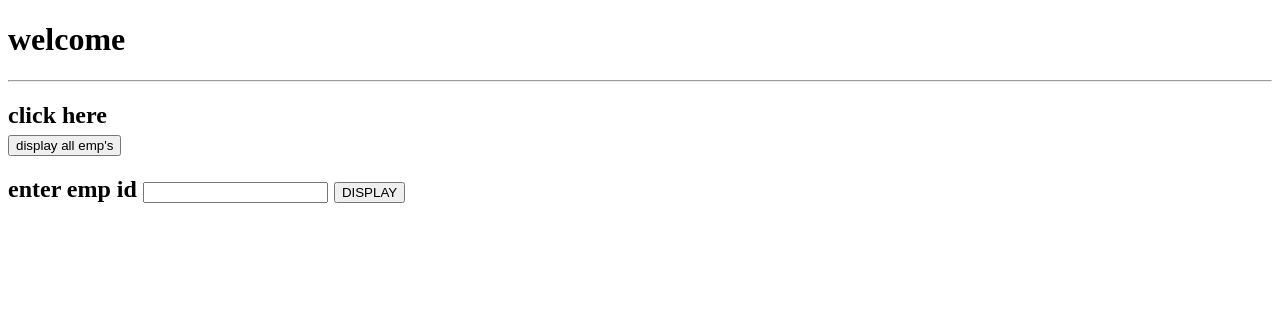
Repository: Saikumar6901/DBSTrainingModules
Page: http://localhost/dbsdemo/Viewall.jsp
An editor plug-in stored every save of this project. The page is shown before and after the next save, followed by the edit.
The browser window is 1280 px wide. The pictures show the whole page.
The page is served by Tomcat 9.

Above is the page before, as saved 2019-08-17 04:56:07.

After the next save:
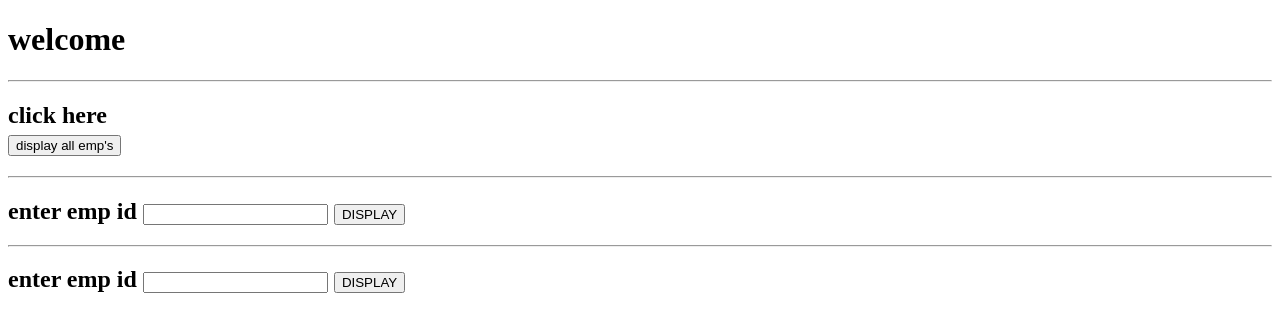
Saved 45 s later.
--- a/workspace-spring-tool-suite-4-4.3.2.RELEASE/dbsdemo/src/main/webapp/Viewall.jsp
+++ b/workspace-spring-tool-suite-4-4.3.2.RELEASE/dbsdemo/src/main/webapp/Viewall.jsp
@@ -15,10 +15,20 @@
 <input type="submit" name="submit" value="display all emp's">
 </h2>
 </form>
+
+<hr>
+
 <form action="displayByID" method="post">
 <h2>
 enter emp id <input type="text" name="eid">
 <input type="submit" name="submit" value="DISPLAY">
 </h2></form>
+<hr>
+
+<form action="displayByDesign" method="post">
+<h2>
+enter emp id <input type="text" name="design">
+<input type="submit" name="submit" value="DISPLAY">
+</h2></form>
 </body>
 </html>
